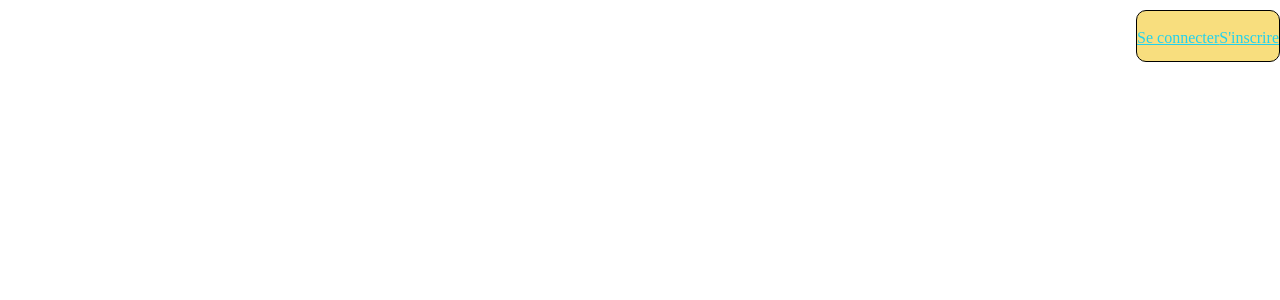
Repository: DylanORK/htdocs
Page: http://localhost/PannelInconnu.php
An editor plug-in stored every save of this project. The page is shown before and after the next save, followed by the edit.
The browser window is 1280 px wide. The pictures show the whole page.
The page is run by PHP 8.4 with error messages shown; the project is at /var/www/html/.

Above is the page before, as saved 2015-06-02 10:39:54.

After the next save:
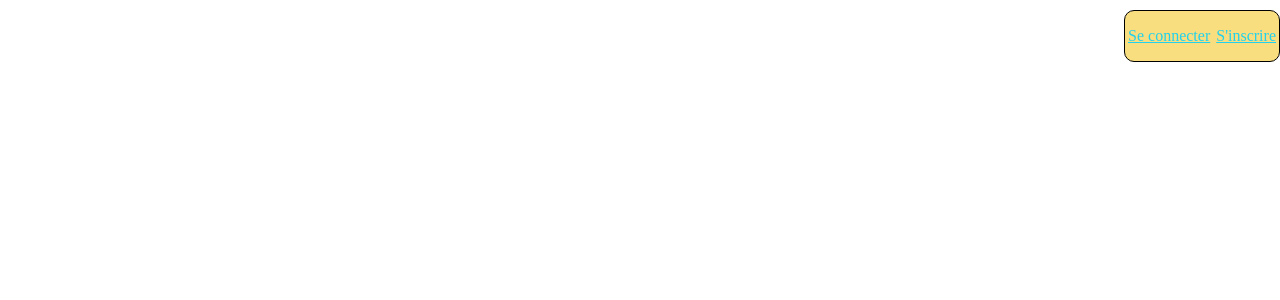
Saved 17 s later.
--- a/EclipsePHP/InterFaceWeb/Style/Style-Pannel.php
+++ b/EclipsePHP/InterFaceWeb/Style/Style-Pannel.php
@@ -10,7 +10,7 @@ padding :0px;
 {
 list-style-type : none;
 float: left;
-margin : 2px 0px;
+margin : 0px 3px;
 text-align : center;
 
 }
